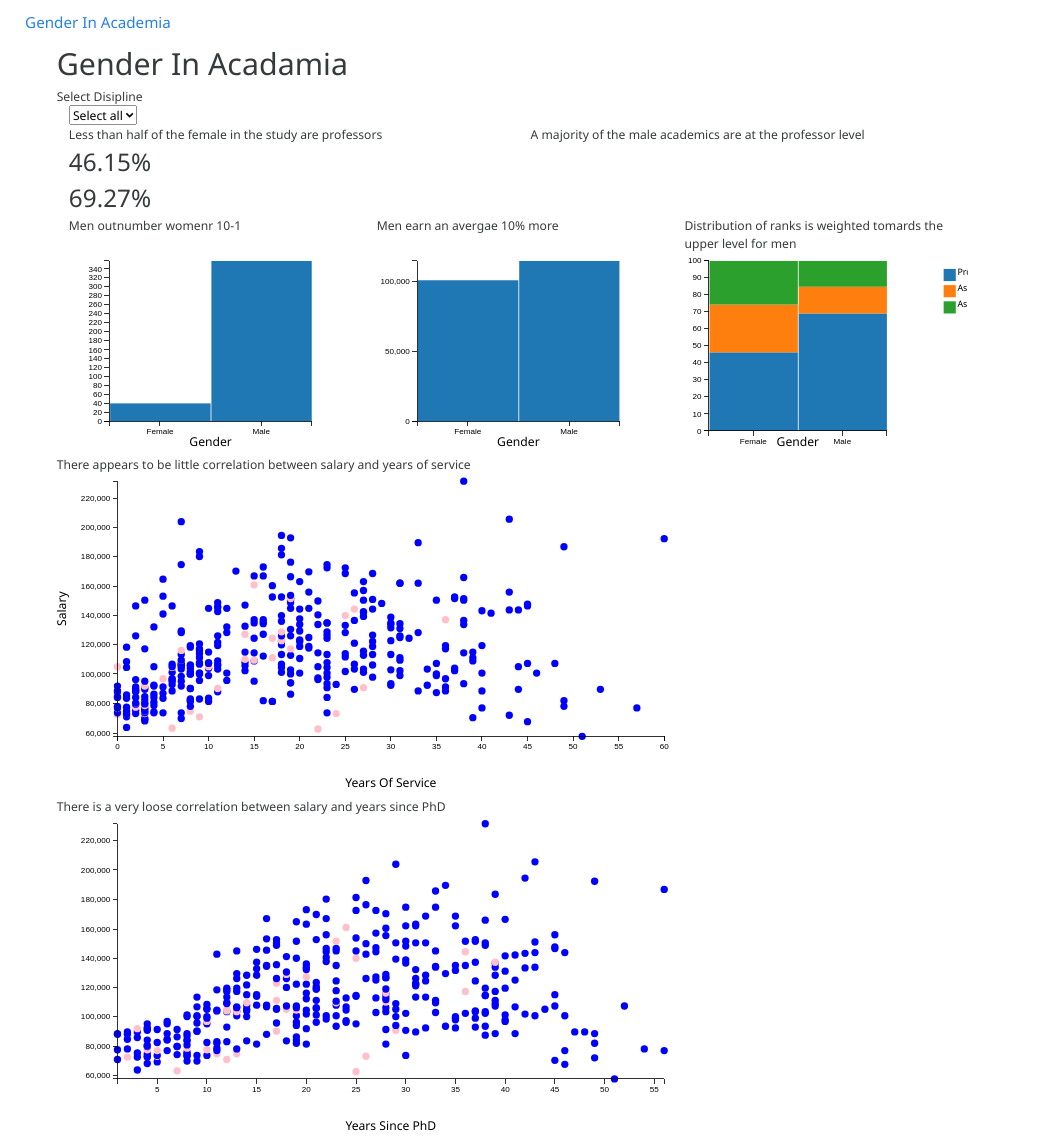
Repository: Angie55/dashboard-mini-project
Page: index.html
The author's editor kept a record of every edit. The page is drawn from the files as they stood at one moment, then again after the next edit.
The browser window is 1280 px wide. The pictures show the whole page, at 81% of full size.

Above is the page before.

### index.html
<!DOCTYPE html>
<html lang="en">
<head>
    <meta charset="UTF-8">
    <meta name="viewport" content="width=device-width, initial-scale=1.0">
    <meta http-equiv="X-UA-Compatible" content="ie=edge">
    <title>Gender In Academia</title>

    <link rel="stylesheet" href="static/css/bootstrap.min.css" type="text/css"/>
    <link rel="stylesheet" href="static/css/dc.min.css" type="text/css"/>
    <link rel="stylesheet" href="static/css/style.css" type="text/css"/>

    <script type="text/javascript" src="static/js/d3.min.js"></script>
    <script type="text/javascript" src="static/js/crossfilter.min.js"></script>
    <script type="text/javascript" src="static/js/dc.min.js"></script>
    <script type="text/javascript" src="static/js/queue.min.js"></script>
    <script type="text/javascript" src="static/js/graph.js"></script>
</head>

<body>
    <nav class="navbar navbar-default">
      <div class="container-fluid">
        <div class="navbar-header">
          <a class="navbar-brand" href="#">Gender In Academia</a>
        </div>
      </div>
    </nav>

    <div class="container">

        <div class="row">
            <h1>Gender In Acadamia</h1>
        </div>

        <div class="row">
            <div class="col-md-offset-5">Select Disipline</div>
        </div>
        <div class="row">
            <div class="col-md-offset-5" id="discipline-selector"></div>
        </div>

        <div class="row">
            <div class="col-md-6">Less than half of the female in the study are professors</div>
            <div class="col-md-6">A majority of the male academics are at the professor level</div>
        </div>
        <div class="row">
            <div class="col-md-6 number-box " id="percent-of-women-professors"></div>
            <div class="col-md-6 number-box" id="percent-of-men-professors"></div>
        </div>

        <div class="row">
            <div class="col-md-4">Men outnumber womenr 10-1</div>
            <div class="col-md-4">Men earn an avergae 10% more</div>
            <div class="col-md-4">Distribution of ranks is weighted tomards the upper level for men</div>
        </div>

        <div class="row">
            <div class="col-md-4" id="gender-balance"></div>
            <div class="col-md-4" id="average-salary"></div>
            <div class="col-md-4" id="ranking-distribution"></div>
        </div>

        <div class="row">
            <div class="col-md-offset-2">There appears to be little correlation between salary and years of service</div>
        </div>
        <div class="row">
             <div class="col-md-offset-2" id="service-salary"></div>
        </div>

        <div class="row">
            <div class="col-md-offset-2">There is a very loose correlation between salary and years since PhD</div>
        </div>
        <div class="row">
             <div class="col-md-offset-2" id="phd-salary"></div>
        </div>


    </div>

</body>
</html>

### static/css/style.css


.navbar-default {
	background-image: none;
	margin-bottom: 0;
}

.section-heading, #discipline-selector {
	display: inline-block;
	float: none;
	margin: 0;
}

.section-heading {
	margin-bottom: 50px;
}

#discipline-selector {
	margin-left: 15px;
}

.number-box {
	margin-right: 75px;
}

.number-box, .fa.fa-gender {
    font-size: 30px;
    font-weight: 500;
}

.fa-gender {
	margin-right: 10px;
}

.custom-chart {
	margin-bottom: 40px;
}

.section {
	border-bottom: 1px solid #e6e6e6;
	padding: 30px 0;
}

.section-paragraph {
	line-height: 1.2;
}

### static/js/graph.js
queue()
    .defer(d3.csv, 'data/Salaries.csv')
    .await(makeGraphs);

function makeGraphs(error, salaryData) {
    var ndx = crossfilter(salaryData);

    salaryData.forEach(function(d){
        d.salary = parseInt(d.salary);
        d.yrs_since_phd = parseInt(d["yrs.since.phd"]);
        d.yrs_service = parseInt(d["yrs.service"]);
    });

    show_discipline_selector(ndx);

    show_percent_that_are_professors(ndx, "Female", "#percent-of-women-professors");
    show_percent_that_are_professors(ndx, "Male", "#percent-of-men-professors");

    show_gender_balance(ndx);
    show_average_salary(ndx);
    show_rank_distribution(ndx);

    show_service_to_salary_correlation(ndx);
    show_phd_to_salary_correlation(ndx);

    dc.renderAll();
}

function show_discipline_selector(ndx){
    var dim = ndx.dimension(dc.pluck('discipline'));
    var group = dim.group();

    dc.selectMenu('#discipline-selector')
    .dimension(dim)
    .group(group);
}


function show_percent_that_are_professors(ndx, gender, element) {
    var percentageThatAreProf = ndx.groupAll().reduce (
        function(p, v) {
            if (v.sex === gender) {
                p.count++;
                if (v.rank === 'Prof') {
                    p.are_prof++;
                }
            }
            return p;
        },
        function(p, v) {
            if (v.sex === gender) {
                p.count--;
                if (v.rank === "Prof") {
                    p.are_prof--;
                }
            }
            return p;
        },
        function () {
            return {count: 0, are_prof: 0}
        }
    );

    dc.numberDisplay(element)
    .formatNumber(d3.format('.2%'))
    .valueAccessor(function (d) {
            if (d.count == 0) {
                return 0;
            } else {
                return (d.are_prof / d.count);
            }
        })
        .group(percentageThatAreProf)
}


function show_gender_balance(ndx) {
    var dim = ndx.dimension(dc.pluck('sex'));
    var group = dim.group();

    dc.barChart('#gender-balance')
    .width(350)
    .height(250)
    .margins({top: 10, right: 50, bottom: 30, left: 50})
    .dimension(dim)
    .group(group)
    .transitionDuration(500)
    .x(d3.scale.ordinal())
    .xUnits(dc.units.ordinal)
    .xAxisLabel('Gender')
    .yAxis().ticks(20);
}

function show_average_salary(ndx) {
    var dim = ndx.dimension(dc.pluck('sex'));

    function add_item(p, v) {
        p.count++;
        p.total += v.salary;
        p.average = p.total / p.count;
        return p;
    }

    function remove_item(p, v) {
        p.count--;
        if(p.count == 0) {
            p.total = 0;
            p.average = 0;
        } else {
        p.total -= v.salary;
        p.average = p.total / p.count;
        }
        return p;
    }

    function initialise() {
        return {count: 0, total: 0, average: 0}
    }

    var averageSalaryByGender = dim.group().reduce(add_item, remove_item, initialise);

    dc.barChart('#average-salary')
    .width(350)
    .height(250)
    .margins({top: 10, right: 50, bottom: 30, left: 50})
    .dimension(dim)
    .group(averageSalaryByGender)
    .valueAccessor(function(d) {
        return d.value.average.toFixed(2);
    })
    .transitionDuration(500)
    .x(d3.scale.ordinal())
    .xUnits(dc.units.ordinal)
    .elasticY(true)
    .xAxisLabel('Gender')
    .yAxis().ticks(4);

}

function show_rank_distribution(ndx) {

  function rankByGender(dimension, rank) {
      return dimension.group().reduce(
    function(p, v) {
        p.total++;
        if(v.rank == rank) {
            p.match++;
        }
        return p;
    },
    function(p, v) {
        p.total--;
        if(v.rank == rank) {
            p.match--;
        }
        return p;
    },
    function () {
        return {total: 0, match: 0}
    }
  );
 }


  var dim = ndx.dimension(dc.pluck('sex'));
  var profByGender = rankByGender(dim, 'Prof');
  var asstProfByGender = rankByGender(dim, 'AsstProf');
  var assocProfByGender = rankByGender(dim, 'AssocProf');

  dc.barChart('#ranking-distribution')
    .width(350)
    .height(250)
    .dimension(dim)
    .group(profByGender, 'Prof')
    .stack(asstProfByGender, 'Asst Prof')
    .stack(assocProfByGender, 'Assoc Prof')
    .valueAccessor(function(d) {
        if(d.value.total > 0) {
         return (d.value.match / d.value.total) * 100;
    } else {
        return 0;
       }
    })
    .x(d3.scale.ordinal())
    .xUnits(dc.units.ordinal)
    .xAxisLabel("Gender")
    .legend(dc.legend().x(320).y(20).itemHeight(15).gap(5))
    .margins({top: 10, right: 100, bottom: 30, left: 30});
}

function show_service_to_salary_correlation(ndx) {

    var genderColors = d3.scale.ordinal()
    .domain(['Female', 'Male'])
    .range(['pink', 'blue']);

    var eDim = ndx.dimension(dc.pluck("yrs_service"));
    var experienceDim = ndx.dimension(function(d) {
        return [d.yrs_service, d.salary, d.rank, d.sex];
    });
    var experienceSalaryGroup = experienceDim.group();

    var minExperience = eDim.bottom(1)[0].yrs_service;
    var maxExperience = eDim.top(1)[0].yrs_service;

    dc.scatterPlot("#service-salary")
        .width(800)
        .height(400)
        .x(d3.scale.linear().domain([minExperience, maxExperience]))
        .brushOn(false)
        .symbolSize(8)
        .clipPadding(10)
        .yAxisLabel("Salary")
        .xAxisLabel("Years Of Service")
        .title(function(d) {
            return d.key[2] + " earned " + d.key[1];
        })
        .colorAccessor(function(d) {
            return d.key[3];
        })
        .colors(genderColors)
        .dimension(experienceDim)
        .group(experienceSalaryGroup)
        .margins({top: 10, right: 50, bottom: 75, left: 75});
}

function show_phd_to_salary_correlation(ndx) {

    var genderColors = d3.scale.ordinal()
        .domain(["Female", "Male"])
        .range(["pink", "blue"]);

    var pDim = ndx.dimension(dc.pluck("yrs_since_phd"));
    var phdDim = ndx.dimension(function(d) {
       return [d.yrs_since_phd, d.salary, d.rank, d.sex];
    });
    var phdSalaryGroup = phdDim.group();

    var minPhd = pDim.bottom(1)[0].yrs_since_phd;
    var maxPhd = pDim.top(1)[0].yrs_since_phd;

    dc.scatterPlot("#phd-salary")
        .width(800)
        .height(400)
        .x(d3.scale.linear().domain([minPhd, maxPhd]))
        .brushOn(false)
        .symbolSize(8)
        .clipPadding(10)
        .xAxisLabel("Years Since PhD")
        .title(function(d) {
            return d.key[2] + " earned " + d.key[1];
        })
        .colorAccessor(function (d) {
            return d.key[3];
        })
        .colors(genderColors)
        .dimension(phdDim)
        .group(phdSalaryGroup)
        .margins({top: 10, right: 50, bottom: 75, left: 75});
}

Loaded but not shown: static/css/bootstrap.min.css (library); static/css/dc.min.css (library); static/js/d3.min.js (library); static/js/crossfilter.min.js (library); static/js/dc.min.js (library); static/js/queue.min.js (common file)

After the next edit:
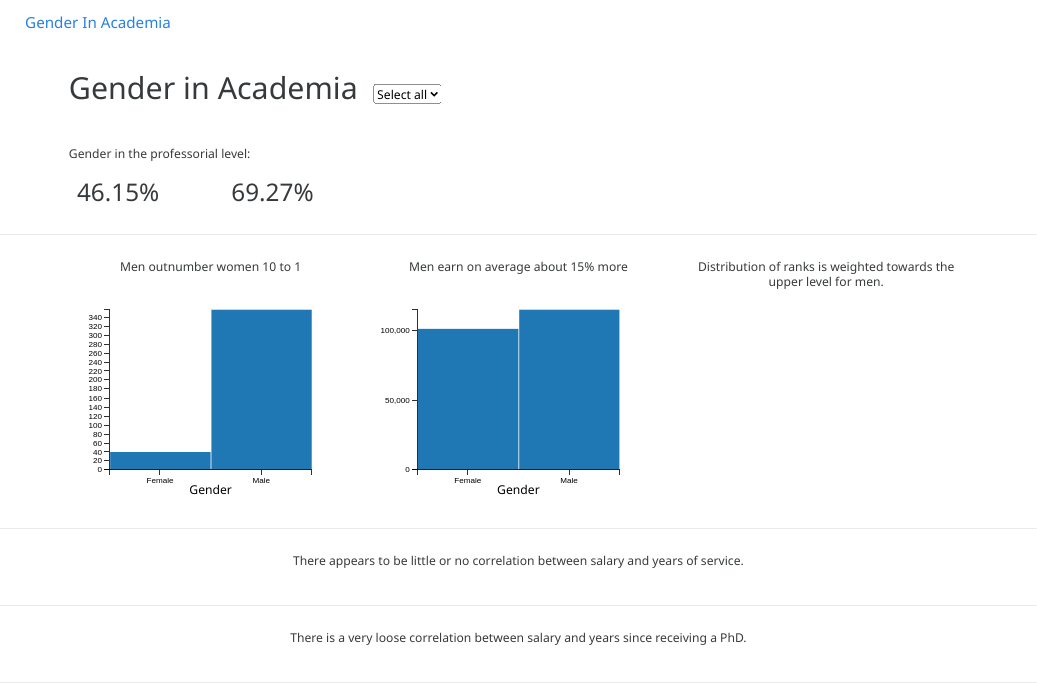
Console error: TypeError: Cannot read properties of null (reading 'textContent')
The edit:
--- a/index.html
+++ b/index.html
@@ -23,59 +23,85 @@
         <div class="navbar-header">
           <a class="navbar-brand" href="#">Gender In Academia</a>
         </div>
-      </div>
+    </div>
     </nav>
 
-    <div class="container">
+    <main>
+      <section class="section">
+        <div class="container">
 
-        <div class="row">
-            <h1>Gender In Acadamia</h1>
+          <div class="row">
+            <div class="col-xs-12 col-sm-12">
+              <h1 class="section-heading">Gender in Academia</h1>
+              <div id="discipline-selector"></div>
+            </div>
+          </div>
+
+          <div class="row">
+                    <div class="col-xs-12 col-sm-12">
+                        <p class="section-paragraph">Gender in the professorial level:</p>
+                    </div>
+
+            <div class="col-xs-12 col-sm-6 col-lg-6">
+                <i class="fa fa-female fa-gender" aria-hidden="true"></i> <span class="number-box" id="percent-of-women-professors"></span>
+                <i class="fa fa-male fa-gender" aria-hidden="true"></i> <span class="number-box" id="percent-of-men-professors"></span>
+            </div>
+          </div>
         </div>
-
-        <div class="row">
-            <div class="col-md-offset-5">Select Disipline</div>
-        </div>
-        <div class="row">
-            <div class="col-md-offset-5" id="discipline-selector"></div>
-        </div>
-
-        <div class="row">
-            <div class="col-md-6">Less than half of the female in the study are professors</div>
-            <div class="col-md-6">A majority of the male academics are at the professor level</div>
-        </div>
-        <div class="row">
-            <div class="col-md-6 number-box " id="percent-of-women-professors"></div>
-            <div class="col-md-6 number-box" id="percent-of-men-professors"></div>
-        </div>
-
-        <div class="row">
-            <div class="col-md-4">Men outnumber womenr 10-1</div>
-            <div class="col-md-4">Men earn an avergae 10% more</div>
-            <div class="col-md-4">Distribution of ranks is weighted tomards the upper level for men</div>
-        </div>
-
-        <div class="row">
-            <div class="col-md-4" id="gender-balance"></div>
-            <div class="col-md-4" id="average-salary"></div>
-            <div class="col-md-4" id="ranking-distribution"></div>
-        </div>
-
-        <div class="row">
-            <div class="col-md-offset-2">There appears to be little correlation between salary and years of service</div>
-        </div>
-        <div class="row">
-             <div class="col-md-offset-2" id="service-salary"></div>
-        </div>
-
-        <div class="row">
-            <div class="col-md-offset-2">There is a very loose correlation between salary and years since PhD</div>
-        </div>
-        <div class="row">
-             <div class="col-md-offset-2" id="phd-salary"></div>
-        </div>
+    </section>
 
 
-    </div>
+      <section class="section">
+        <div class="container">
+
+          <div class="row">
+            <div class="col-xs-12 col-sm-4 text-center">
+              <p class="section-paragraph">Men outnumber women 10 to 1</p>
+              </div>
+              <div class="col-xs-12 col-sm-4 text-center">
+                <p class="section-paragraph">Men earn on average about 15% more</p>
+              </div>
+              <div class="col-xs-12 col-sm-4 text-center">
+                            <p class="section-paragraph">Distribution of ranks is weighted towards the upper level for men.</p>
+                        </div>
+            </div>
+
+            <div class="row">
+              <div class="col-xs-12 col-sm-4 text-center" id="gender-balance" class="custom-chart"></div>
+              <div class="col-xs-12 col-sm-4 text-center" id="average-salary" class="custom-chart"></div>
+              <div class="col-xs-12 col-sm-4 text-center" id="rank-distribution" class="custom-chart"></div>
+            </div>
+          </div>
+        </section>
+
+        <section class="section">
+          <div class="container">
+
+            <div class="row">
+              <div class="col-xs-12 col-sm-12 text-center">
+                <p class="section-paragraph">There appears to be little or no correlation between salary and years of service.</p>
+            </div>
+
+            <div class="col-xs-12 col-sm-12 text-center" id="service-salary">
+
+            </div>
+          </div>
+        </div>
+      </section>
+
+      <section class="section">
+        <div class="container">
+
+          <div class="row">
+            <div class="col-xs-12 col-sm-12 text-center">
+              <p class="section-paragraph">There is a very loose correlation between salary and years since receiving a PhD.</p>
+            </div>
+
+            <div class="col-xs-12 col-sm-12 text-center" id="phd-salary"></div>
+          </div>
+
+        </div>
+      </section>
 
 </body>
 </html>
